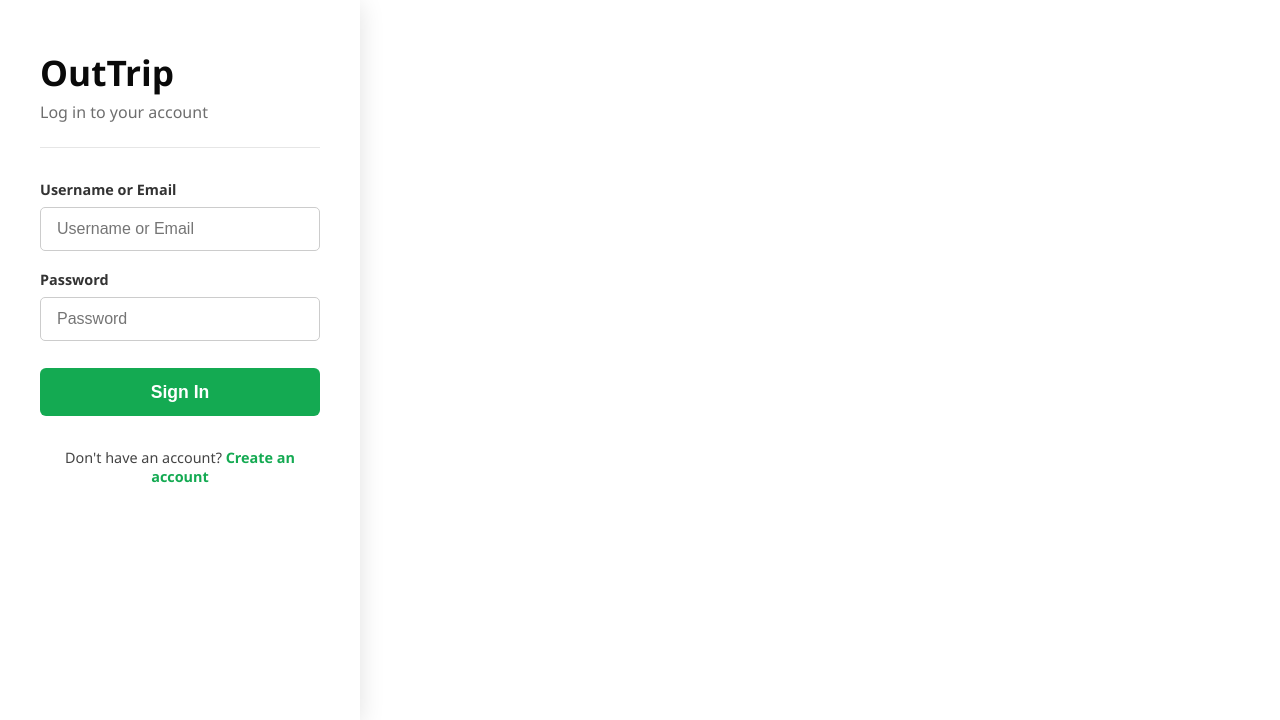
Repository: Nuttawut-Amattong/outtrip
Page: / (app in OutTrip/)
The author's editor kept a copy of each file at every save. The page is drawn from the files as they stood at one save, then again after a run of saves.
The browser window is 1280 px wide. The pictures show the whole page.
The project was rebuilt for these pictures with package versions that can differ from the ones it lists, and the page was loaded fresh each time. Also part of the build but not shown: OutTrip/vite.config.js, OutTrip/src/component/register.module.css, OutTrip/src/component/Register.jsx, OutTrip/src/component/forgetpass.module.css, OutTrip/src/component/Forgetpass.jsx.

Above is the page before, as saved 2025-05-19 01:59:56.

### OutTrip/src/main.jsx
import { StrictMode } from 'react';
import { createRoot } from 'react-dom/client';
import { BrowserRouter, Routes, Route } from 'react-router-dom';
import Login from './component/Login.jsx';
import Register from './component/Register.jsx';
import Forgetpass from './component/Forgetpass.jsx';

createRoot(document.getElementById('root')).render(
  <StrictMode>
    <BrowserRouter>
      <Routes>
        <Route path="/" element={<Login />} />
        <Route path="/register" element={<Register />} />
        <Route path="/forgot-password" element={<Forgetpass />} />
      </Routes>
    </BrowserRouter>
  </StrictMode>
);

### OutTrip/src/component/Login.jsx
import { useState } from "react";
import styles from "./login.module.css";

function Login() {
  const [user, setUser] = useState("");
  const [password, setPassword] = useState("");
  const [showForgot, setShowForgot] = useState(false); // เริ่ม false

  const handleSubmit = (e) => {
    e.preventDefault();
    console.log("User:", user);
    console.log("Password:", password);
  };

  return (
    <div className={styles.loginContainer}>
      <header className={styles.loginHeader}>
        <h1>OutTrip</h1>
        <p>Log in to your account</p>
      </header>

      <form className={styles.loginForm} onSubmit={handleSubmit}>
        <label htmlFor="user" className={styles.label}>Username or Email</label>
        <input
          type="text"
          id="user"
          value={user}
          onChange={(e) => setUser(e.target.value)}
          placeholder="Username or Email"
          required
          className={styles.input}
        />

        <label htmlFor="password" className={styles.label}>Password</label>
        <input
          type="password"
          id="password"
          value={password}
          onChange={(e) => setPassword(e.target.value)}
          placeholder="Password"
          required
          className={styles.input}
          onFocus={() => setShowForgot(true)}  // เมื่อกดให้โชว์ลิงก์ตลอด
          // ลบ onBlur ออก ไม่ต้องปิดลิงก์
        />

        {showForgot && (
          <div className={styles.forgotPasswordLink}>
            <a href="/forgot-password">Forgot password?</a>
          </div>
        )}

        <button type="submit" className={styles.button}>Sign In</button>

        <div className={styles.registerLink}>
          Don't have an account? <a href="/register">Create an account</a>
        </div>
      </form>
    </div>
  );
}

export default Login;

### OutTrip/src/component/login.module.css
.loginContainer {
  background-color: #fff;
  width: 360px;
  height: 100vh;
  box-shadow: 0 4px 24px rgba(0, 0, 0, 0.12);
  box-sizing: border-box;
  padding: 3rem 2.5rem;
  display: flex;
  flex-direction: column;
  position: fixed;
  left: 0;
  top: 0;
  font-family: "Segoe UI", Tahoma, Geneva, Verdana, sans-serif;
}

.loginHeader {
  margin-bottom: 2rem;
  text-align: left;
  border-bottom: 1px solid #e6e6e6;
  padding-bottom: 1.5rem;
}

.loginHeader h1 {
  font-size: 2.2rem;
  font-weight: 700;
  color: #0a0a0a;
  margin: 0 0 0.3rem 0;
}

.loginHeader p {
  font-size: 1rem;
  color: #6e6e6e;
  margin: 0;
}

.loginForm {
  flex-grow: 1;
  display: flex;
  flex-direction: column;
}

.label {
  font-size: 0.9rem;
  color: #333;
  margin-bottom: 0.5rem;
  font-weight: 600;
}

.input {
  padding: 0.75rem 1rem;
  margin-bottom: 1.2rem;
  border: 1.5px solid #ccc;
  border-radius: 5px;
  font-size: 1rem;
  outline-offset: 2px;
  transition: border-color 0.3s ease;
}

.input:focus {
  border-color: #14aa52; /* สีเขียว MongoDB */
  outline: none;
}

.button {
  background-color: #14aa52;
  color: white;
  border: none;
  padding: 0.85rem 1rem;
  border-radius: 6px;
  font-size: 1.1rem;
  font-weight: 700;
  cursor: pointer;
  transition: background-color 0.25s ease;
  margin-top: 0.5rem;
}

.button:hover {
  background-color: #0e7f3f;
}

.forgotPasswordLink {
  margin-top: 0.6rem;
  font-size: 0.9rem;
  color: #14aa52;
  text-align: right;
  cursor: pointer;
  user-select: none;
}

.forgotPasswordLink a {
  color: inherit;
  text-decoration: none;
}

.forgotPasswordLink a:hover {
  text-decoration: underline;
}

.registerLink {
  margin-top: 2rem;
  font-size: 0.9rem;
  color: #444;
  text-align: center;
}

.registerLink a {
  color: #14aa52;
  font-weight: 600;
  text-decoration: none;
  cursor: pointer;
}

.registerLink a:hover {
  text-decoration: underline;
}

Loaded but not shown: OutTrip/index.html (common file)

After the next 4 saves:
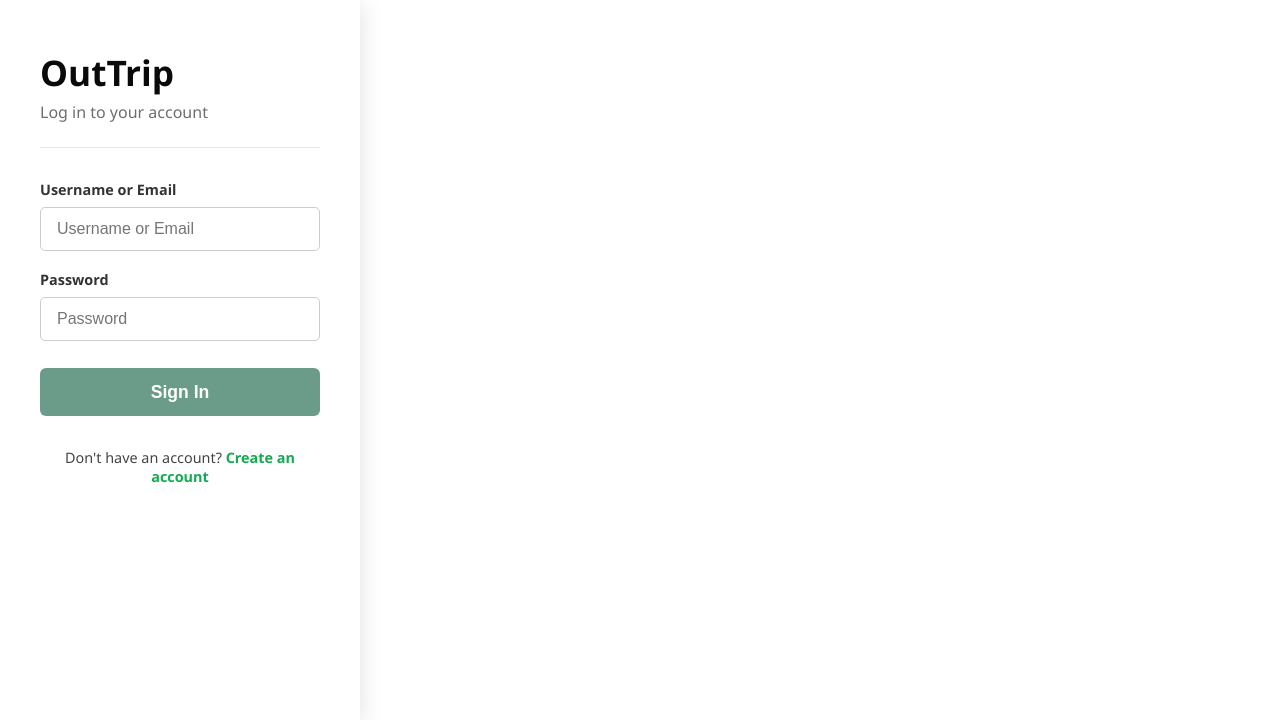
The 4 saves are shown as one change because they came seconds apart.
The last was saved 30 s later.
--- a/OutTrip/src/component/login.module.css
+++ b/OutTrip/src/component/login.module.css
@@ -57,12 +57,12 @@
 }
 
 .input:focus {
-  border-color: #14aa52; /* สีเขียว MongoDB */
+  border-color: #6A9C89;
   outline: none;
 }
 
 .button {
-  background-color: #14aa52;
+  background-color: #6A9C89;
   color: white;
   border: none;
   padding: 0.85rem 1rem;
@@ -75,7 +75,7 @@
 }
 
 .button:hover {
-  background-color: #0e7f3f;
+  background-color: #6A9C89;
 }
 
 .forgotPasswordLink {
